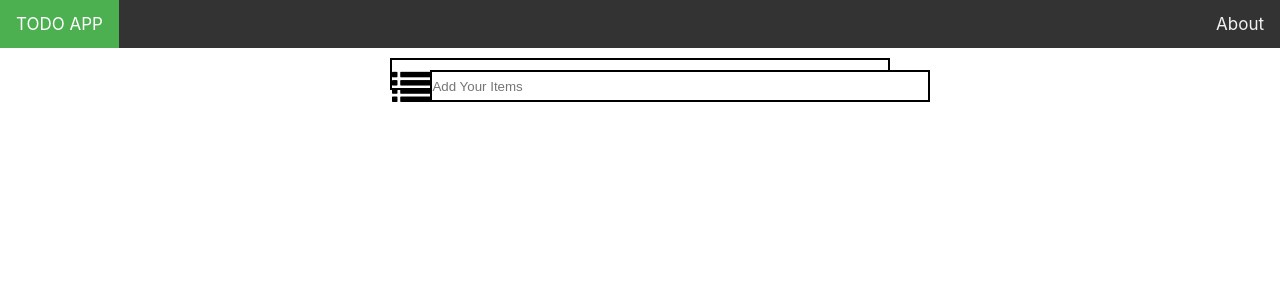
Repository: hoangphuong965/myTodoList
Page: /
An editor plug-in stored every save of this project. The page is shown before and after the next save, followed by the edit.
The browser window is 1280 px wide. The pictures show the whole page.
The project was rebuilt for these pictures with package versions that can differ from the ones it lists, and the page was loaded fresh each time.

Above is the page before, as saved 2020-06-01 09:49:02.

### public/index.html
<!DOCTYPE html>
<html lang="en">
  <head>
    <meta charset="utf-8" />
    <link rel="icon" href="%PUBLIC_URL%/favicon.ico" />
    <meta name="viewport" content="width=device-width, initial-scale=1" />
    <meta name="theme-color" content="#000000" />
    <meta
      name="description"
      content="Web site created using create-react-app"
    />
    <link rel="apple-touch-icon" href="%PUBLIC_URL%/logo192.png" />
    <!--
      manifest.json provides metadata used when your web app is installed on a
      user's mobile device or desktop. See https://developers.google.com/web/fundamentals/web-app-manifest/
    -->
    <link rel="manifest" href="%PUBLIC_URL%/manifest.json" />
    <!--
      Notice the use of %PUBLIC_URL% in the tags above.
      It will be replaced with the URL of the `public` folder during the build.
      Only files inside the `public` folder can be referenced from the HTML.

      Unlike "/favicon.ico" or "favicon.ico", "%PUBLIC_URL%/favicon.ico" will
      work correctly both with client-side routing and a non-root public URL.
      Learn how to configure a non-root public URL by running `npm run build`.
    -->
    <title>React App</title>
    <link rel="stylesheet" href="https://maxcdn.bootstrapcdn.com/font-awesome/4.7.0/css/font-awesome.min.css">
  </head>
  <body>
    <noscript>You need to enable JavaScript to run this app.</noscript>
    <div id="root"></div>
    <!--
      This HTML file is a template.
      If you open it directly in the browser, you will see an empty page.

      You can add webfonts, meta tags, or analytics to this file.
      The build step will place the bundled scripts into the <body> tag.

      To begin the development, run `npm start` or `yarn start`.
      To create a production bundle, use `npm run build` or `yarn build`.
    -->
  </body>
</html>

### src/App.js
import React, { Component } from "react";
import Navbar from "./components/Navbar/Navbar";
import TodoInput from "./components/TodoInput";
import "./components/todo.css";

export default class App extends Component {
  render() {
    return (
      <div>
        <Navbar />
        <div className="container">
          <TodoInput />
        </div>
      </div>
    );
  }
}

### src/components/Navbar/Navbar.js
import React, { Component } from "react";
import "./navbar.css";

export default class Navbar extends Component {
  render() {
    return (
      <div className="topnav">
        <a className="active" href="#home">
          TODO APP
        </a>
        <a href="#about">About</a>
      </div>
    );
  }
}

### src/components/TodoInput.js
import React, { Component } from "react";

export default class TodoInput extends Component {
  render() {
    return (
      <div className="input">
        <form className="form">
          <span>
            <i className="fa fa-list icon" aria-hidden="true"></i>
          </span>
          <span>
            <input type="text" className="input" placeholder="Add Your Items" />
          </span>
        </form>
      </div>
    );
  }
}

### src/components/todo.css
*{
    margin: 0;
    padding: 0;
    box-sizing: border-box;
}

.container{
    margin: 0 auto;
    width: 500px;
}

.input{
    width: 500px;
    height: 2rem;
    margin: 10px 0px 0px 0px;
    border: 2px solid black;
}

.form{
    display: flex;
}

.icon{
    margin: 9px 0px 0px 0px;
    font-size: 2.4rem;
}

### src/components/Navbar/navbar.css
/* Add a black background color to the top navigation */
.topnav {
    background-color: #333;
    overflow: hidden;
    display: flex;
    justify-content: space-between;
  }

  /* Style the links inside the navigation bar */
  .topnav a {
    color: #f2f2f2;
    text-align: center;
    padding: 14px 16px;
    text-decoration: none;
    font-size: 17px;
    transition: all 0.3s linear;
  }

  /* Change the color of links on hover */
  .topnav a:hover {
    background-color: #ddd;
    color: black;
  }

  /* Add a color to the active/current link */
  .topnav a.active {
    background-color: #4CAF50;
    color: white;
  }

Loaded but not shown: src/index.js (common file); src/index.css (common file); src/serviceWorker.js (common file)

After the next save:
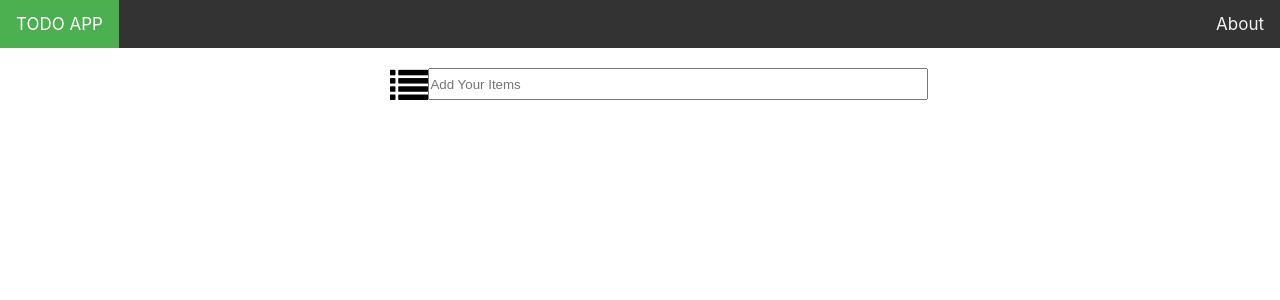
Saved 11 s later.
--- a/src/components/todo.css
+++ b/src/components/todo.css
@@ -13,7 +13,7 @@
     width: 500px;
     height: 2rem;
     margin: 10px 0px 0px 0px;
-    border: 2px solid black;
+
 }
 
 .form{
